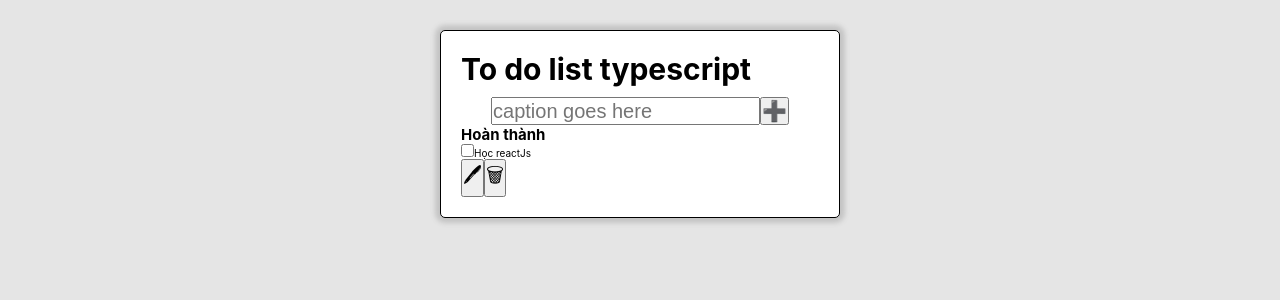
Repository: Nhatktvn/TodoListReactTs
Page: /
An editor plug-in stored every save of this project. The page is shown before and after the next save, followed by the edit.
The browser window is 1280 px wide. The pictures show the whole page.
The project was rebuilt for these pictures with package versions that can differ from the ones it lists, and the page was loaded fresh each time. Also part of the build but not shown: src/components/TaskList/tasklist.module.scss.

Above is the page before, as saved 2023-11-08 08:45:47.

### src/index.css
* {
  margin: 0;
  padding: 0;
  box-sizing: border-box;
}

html {
  font-size: 10px;
  --font-size: 2rem;
}

body {
  margin: 0;
  font-family: -apple-system, BlinkMacSystemFont, 'Segoe UI', 'Roboto', 'Oxygen', 'Ubuntu', 'Cantarell', 'Fira Sans',
    'Droid Sans', 'Helvetica Neue', sans-serif;
  -webkit-font-smoothing: antialiased;
  -moz-osx-font-smoothing: grayscale;
  background-color: #e5e5e5;
}

input,
button {
  font-size: var(--font-size);
}
code {
  font-family: source-code-pro, Menlo, Monaco, Consolas, 'Courier New', monospace;
}

### src/App.tsx
import React from 'react'
import './App.css'
import TodoList from './components/TodoList/TodoList'

function App() {
  return (
    <div className='App'>
      <TodoList />
    </div>
  )
}

export default App

### src/components/TodoList/TodoList.tsx
import React from 'react'
import styles from './todoList.module.scss'
import TaskInput from '../TaskInput/TaskInput'
import TaskList from '../TaskList/TaskList'
export default function TodoList() {
  return (
    <div className={styles.todoList}>
      <div className={styles.todoListContainer}>
        <TaskInput />
        <TaskList />
      </div>
    </div>
  )
}

### src/components/TodoList/todoList.module.scss
.todoList {
  padding: 3rem;
}
.todoListContainer {
  background-color: #fff;
  padding: 2rem;
  max-width: 40rem;
  border-radius: 5px;
  margin: 0 auto;
  border: 1px solid #000;
  box-shadow: 0px 0px 5px 5px #c4c4c4;
  text-align: left;
}

### src/components/TaskInput/TaskInput.tsx
import React from 'react'
import styles from './taskInput.module.scss'
export default function TaskInput() {
  return (
    <div>
      <h1 className={styles.title}>To do list typescript</h1>
      <form className={styles.form}>
        <input type='text' placeholder='caption goes here' />
        <button type='submit'>➕</button>
      </form>
    </div>
  )
}

### src/components/TaskList/TaskList.tsx
import React from 'react'
import styles from './tasklist.module.scss'
export default function TaskList() {
  return (
    <div>
      <h2 className={styles.title}>Hoàn thành</h2>
      <div className={styles.tasks}>
        <div className={styles.task}>
          <input type='checkbox' />
          <span>Học reactJs</span>
          <div className={styles.taskAction}>
            <button className={styles.btn}>🖊</button>
            <button className={styles.btn}>🗑</button>
          </div>
        </div>
      </div>
    </div>
  )
}

### src/components/TaskInput/taskInput.module.scss
.title {
  font-size: 3rem;
  margin-bottom: 1rem;
}

.form {
  display: flex;
  justify-content: center;
}

Loaded but not shown: public/index.html (common file); src/index.tsx (common file); src/reportWebVitals.ts (common file); src/App.css (common file)

After the next save:
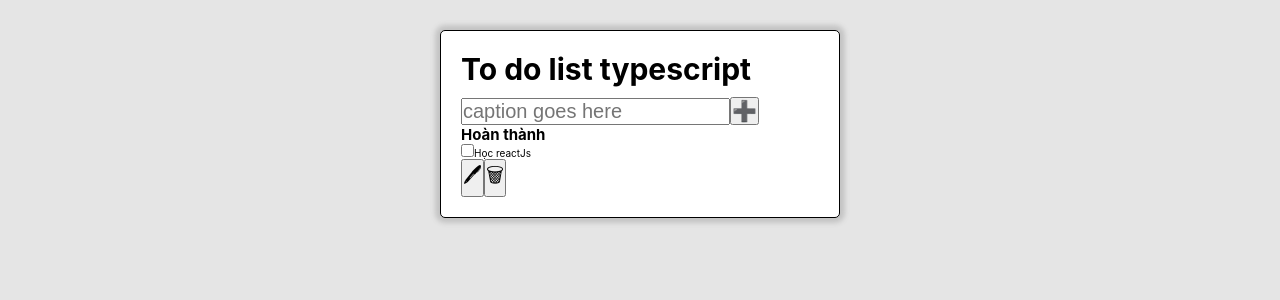
Saved 10 s later.
--- a/src/components/TaskInput/taskInput.module.scss
+++ b/src/components/TaskInput/taskInput.module.scss
@@ -5,5 +5,6 @@
 
 .form {
   display: flex;
-  justify-content: center;
+  justify-content: left;
+  align-items: center;
 }
